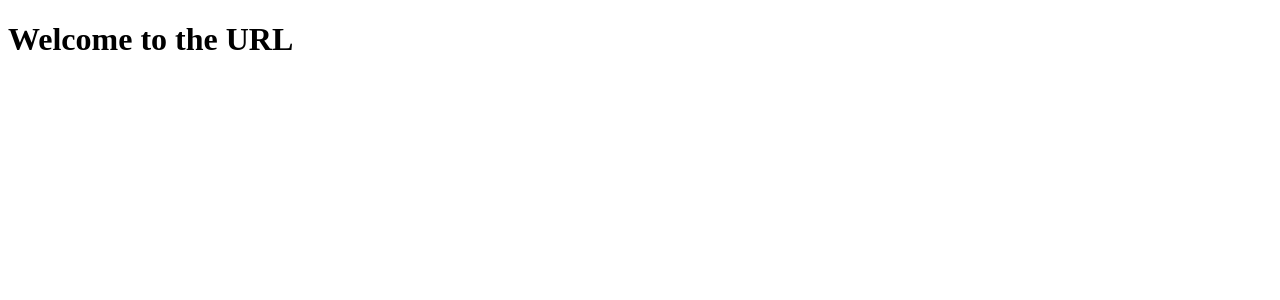
Repository: comendrun/starting-project
Page: src/main/resources/static/index.html
An editor plug-in stored every save of this project. The page is shown before and after a run of saves, followed by the edit.
The browser window is 1280 px wide. The pictures show the whole page.

Above is the page before, as saved 2022-10-20 11:38:49.

After the next 2 saves:
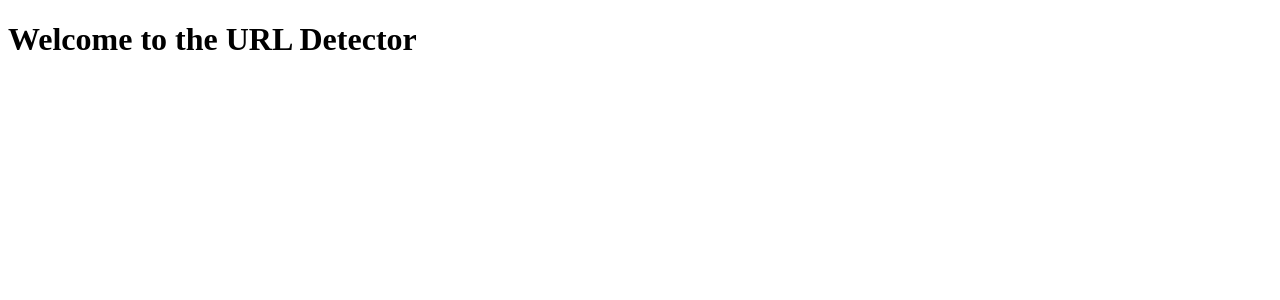
The 2 saves are shown as one change because they came seconds apart.
The last was saved 20 s later.
--- a/src/main/resources/static/index.html
+++ b/src/main/resources/static/index.html
@@ -7,6 +7,6 @@
     <title>Document</title>
 </head>
 <body>
-    <h1>Welcome to the URL </h1>
+    <h1>Welcome to the URL Detector</h1>
 </body>
 </html>
